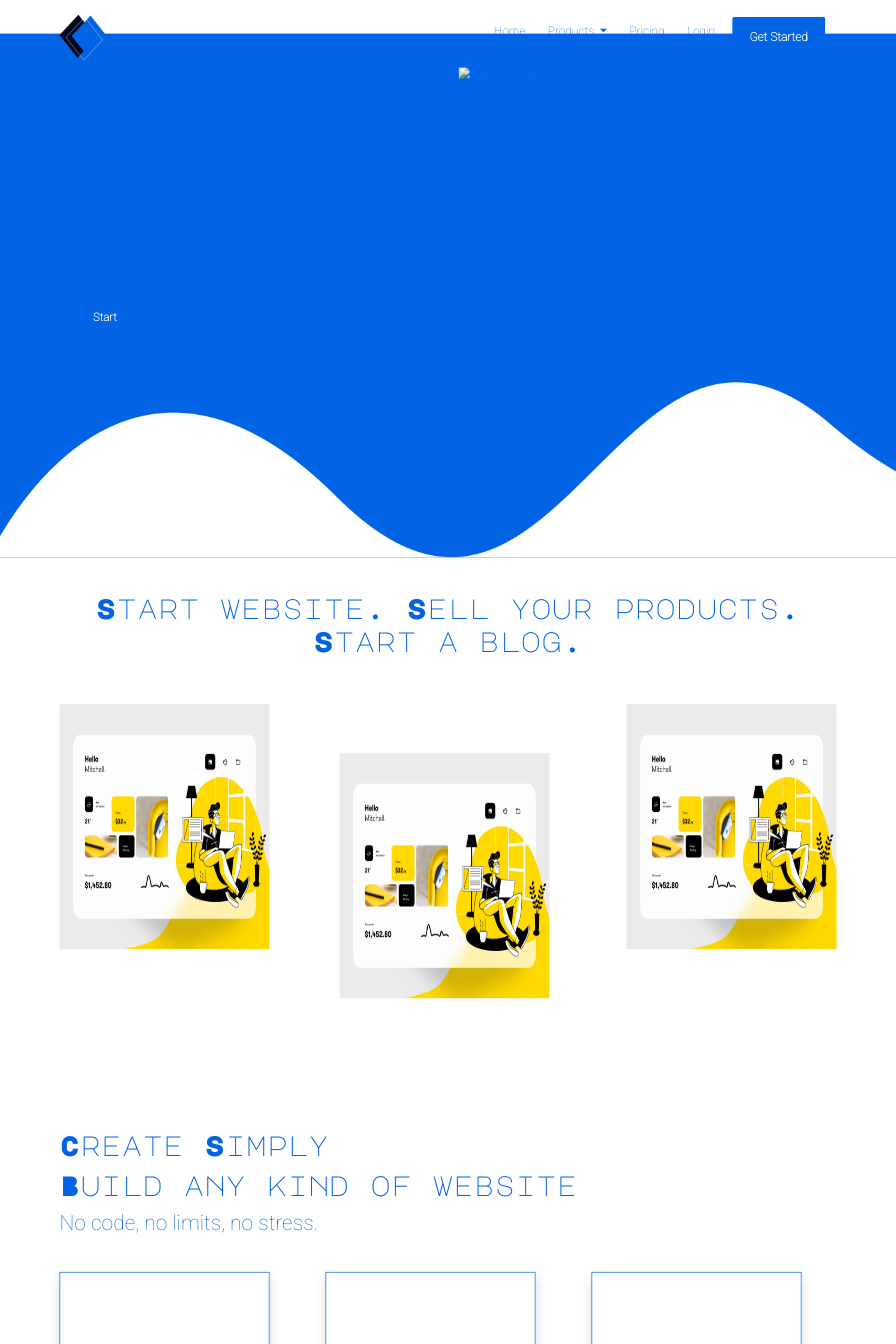
Repository: latenightsnacc/TriSpace
Page: HTML/index.html
The author's editor kept a copy of each file at every save. The page is drawn from the files as they stood at one save, then again after the next save.
The browser window is 1280 px wide. The pictures show the part of the page from y = 0 to 1920 px (the page is 5158 px tall), at 70% of full size.
The style sheet was rebuilt from its Sass, Less or Tailwind sources for each picture, by a compiler version that may differ from the author's.

Above is the page before, as saved 2020-11-12 11:09:32.

After the next save:
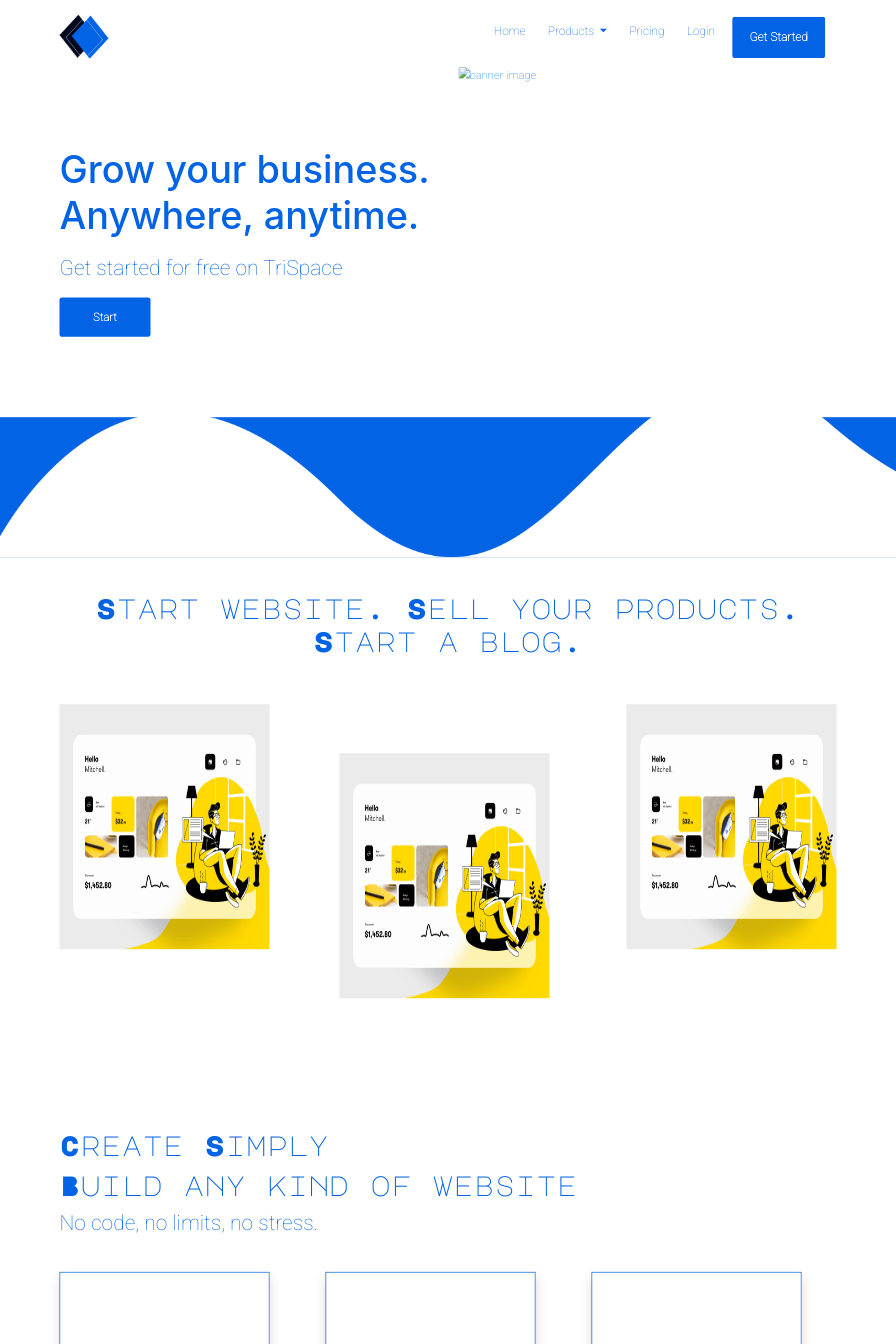
Saved 13 s later.
--- a/HTML/index.html
+++ b/HTML/index.html
@@ -67,7 +67,7 @@
 
 
     <!--Banner-->
-    <section class="min-h-screen blue mt-5" id="banner">
+    <section class="min-h-screen  mt-5" id="banner">
         <div class="container">
             <div class="row pt-5">
                 <!--Banner Text-->
